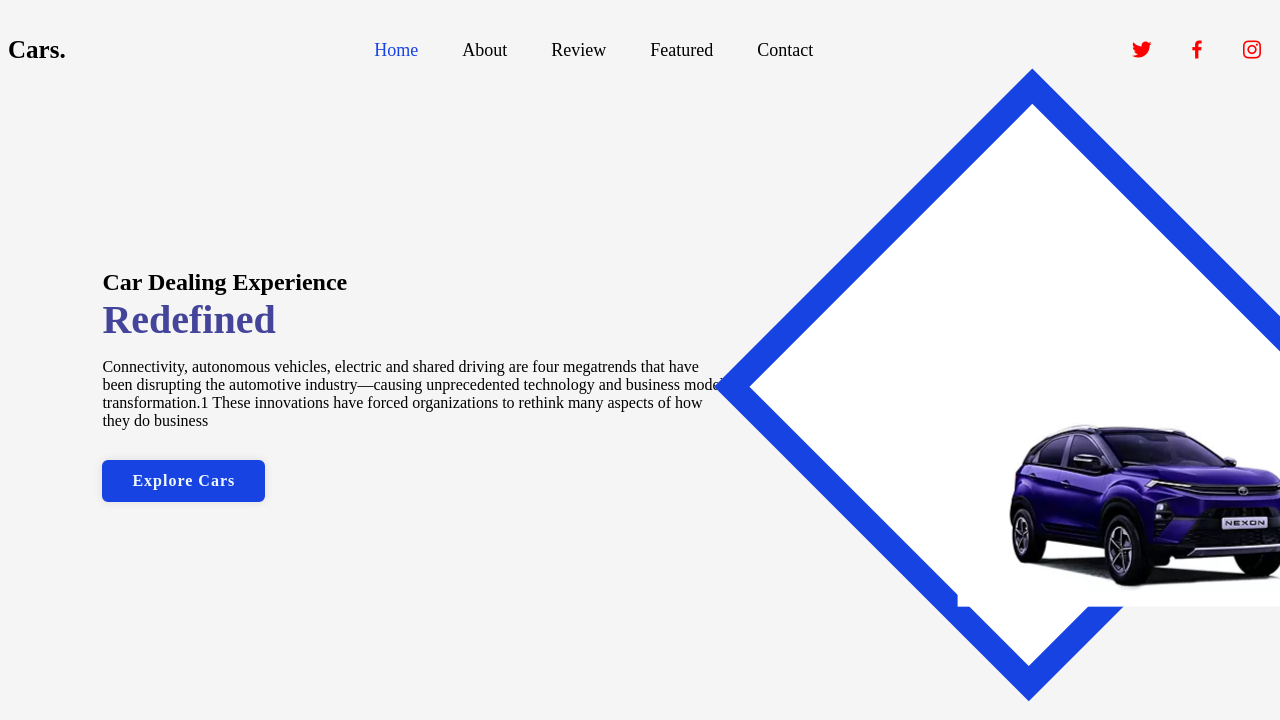
Repository: supriya123yadav/website-project
Page: index.html
The author's editor kept a copy of each file at every save. The page is drawn from the files as they stood at one save, then again after the next save.
The browser window is 1280 px wide. The pictures show the whole page.

Above is the page before, as saved 2024-07-11 19:26:24.

### index.html
<!DOCTYPE html>
<html lang="en">
<head>
    <meta charset="UTF-8">
    <meta http-equiv="X-UA">
    <meta name="viewport" content="width=device-width, initial-scale=1.0">
    <title>Job Website Template</title>
    <link rel="stylesheet" href="style.css">
    <link href='https://unpkg.com/boxicons@2.1.4/css/boxicons.min.css' rel='stylesheet'>

</head>
<body>
    <header class="header">
        <a href="#" class="logo">Cars.</a>

        <nav class="navbar">
            <a href="#" class="active">Home</a>
            <a href="#">About</a>
            <a href="#">Review</a>
            <a href="#">Featured</a>
            <a href="#">Contact</a>
        </nav>

        <div class="social-media">
            <a href="#"><i class='bx bxl-twitter'></i></a>
            <a href="#"><i class='bx bxl-facebook' ></i></a>
            <a href="#"><i class='bx bxl-instagram' ></i></a>
        </div>
    </header>
    <section class="home">
        <div class="home-content">
            <h1>Car Dealing Experience</h1>
            <h3>Redefined</h3>
            <p>Connectivity, autonomous vehicles, electric and shared
             driving are four megatrends that have been disrupting the
             automotive industry—causing unprecedented technology
             and business model transformation.1 These innovations
             have forced organizations to rethink many aspects of how
             they do business</p>
             <a href="#" class="btn">Explore Cars</a>
        </div>
        <div class="home-img">
            <div class="rhombus">
                <img src="website car.webp" alt="">
            </div>
        </div>
    </section>

</body>
</html>

### style.css
*{
    margin: 0;
    padding: 0;
    box-sizing: border-box;
    font-family: 'Poppins', bold;
}
body{
    background: whitesmoke;
}
.header{
    position: fixed;
    top: 0;
    left: 0;
    width: 100%;
    padding: 30px 8px;
    background: transparent;
    display: flex;
    justify-content: space-between;
    align-items: center;
    z-index: 100;
}
.logo{
    font-size: 25px;
    color: black;
    text-decoration: none;
    font-weight: 600;
}
.navbar a {
    font-size: 18px;
    color: black;
    text-decoration: none;
    font-weight: 500;
    margin: 0 20px;
    transition: rgb(61, 61, 152);
}

.navbar a:hover,
.navbar a.active{
    color: #1743e3;
}
.social-media{
    display: flex;
    justify-content: space-between;
    width: 150px;
    height: 40px;

}
.social-media a {
    display: inline-flex;
    justify-content: center;
    align-items: center;
    width: 40px;
    height: 40px;
    background: transparent;
    border: 2px solid transparent;
    text-decoration: none;
    transform: rotate(45deg);
    transition: .5s;
}
.social-media a i {
    font-size: 24px;
    color: red;
    transform: rotate(-45deg);
}
.social-media a:hover {
    border-color: red;
}
.home {
    position: relative;
    width: 100%;
    height: 100vh;
    display: flex;
    justify-content: space-between;
    align-items: center;
    padding: 50px 8% 0;
    overflow: hidden;
}
.home-content {
    max-width: 630px;
}
.home-content h3 {
    font-size: 40px;
    color: rgb(68, 68, 154);
}
.home-content p {
    font-size: 16px;
    margin: 15px 0 30px;
}
.btn {
    display: inline-block;
    padding: 10px 28px;
    background: #1743e3;
    border-radius: 6px;
    border: 2px solid #1743e3;
    box-shadow: 0 0 10px rgba(0, 0, 0, .1);
    font-size: 16px;
    color: aliceblue;
    letter-spacing: 1px;
    text-decoration: none;
    font-weight: 600;
}
.btn:hover {
    background: transparent;
    color: #1743e3;
}
.home-img {
    position: relative;
    right: -7%;
    width: 450px;
    height: 450px;
    transform: rotate(45deg);
}
.home-img .rhombus {
    position: absolute;
    width: 100%;
    height: 100%;
    background: white;
    border: 25px solid #1743e3;
}

.home-img .rhombus img {
    position: absolute;
    top: 100px;
    right: -150px;
    max-width: 700px;
    transform: rotate(-45deg);
}

After the next save:
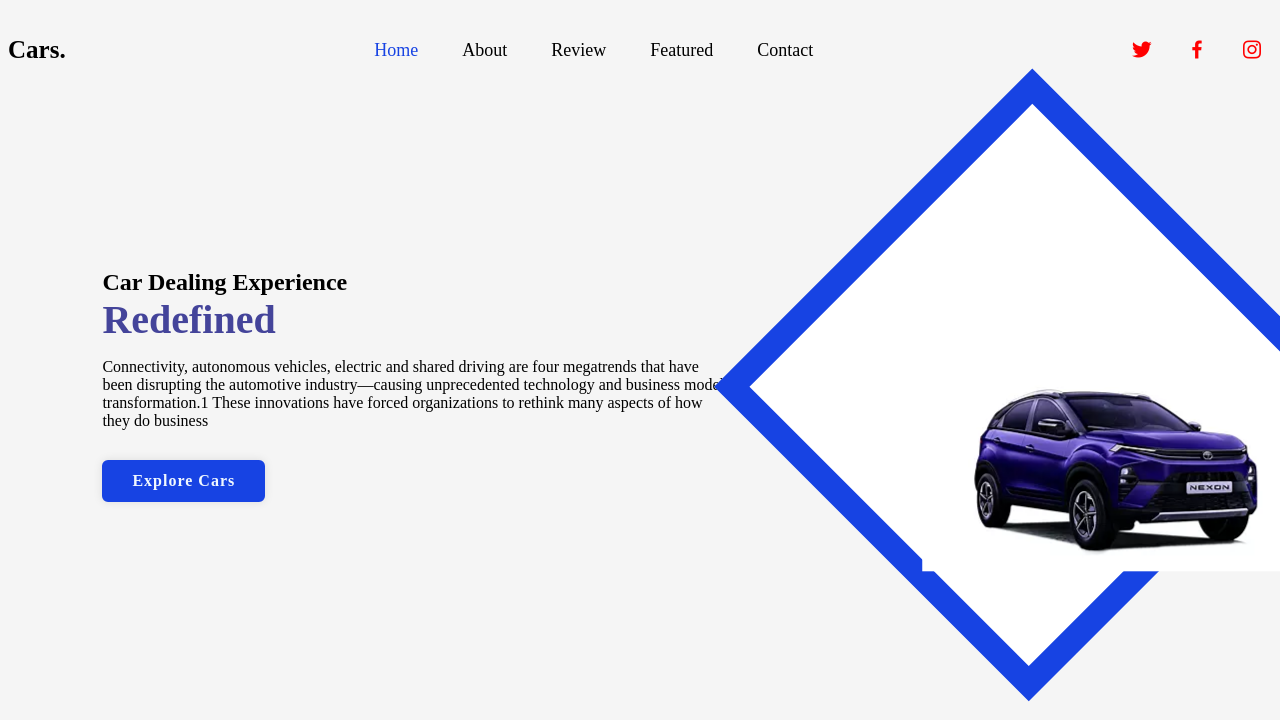
Saved 26 s later.
--- a/style.css
+++ b/style.css
@@ -121,7 +121,7 @@
 .home-img .rhombus img {
     position: absolute;
     top: 100px;
-    right: -150px;
+    right: -100px;
     max-width: 700px;
     transform: rotate(-45deg);
 }
